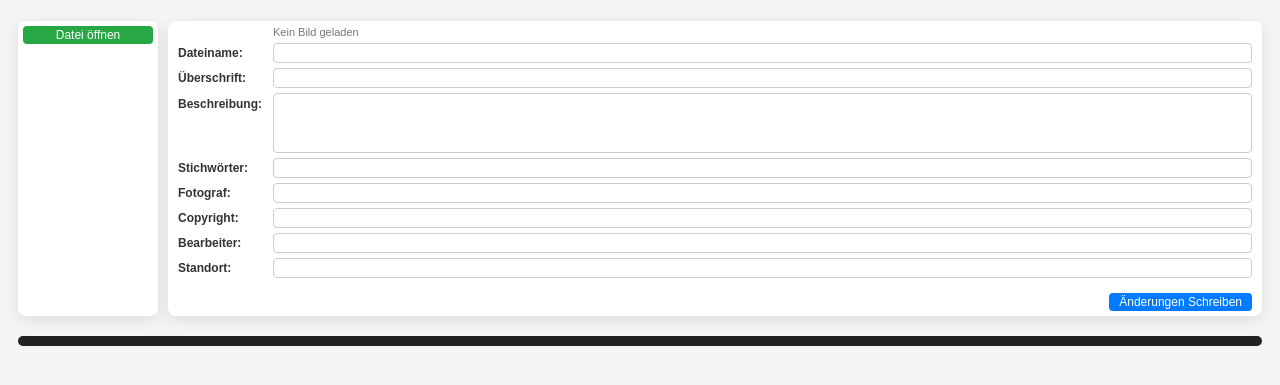
Repository: h-fahle/metadata
Page: ui/index.html
These files come from the project's save history. The page is drawn as it stood at one moment and after the next save; the edit follows.
The browser window is 1280 px wide. The pictures show the whole page.

Above is the page before, as saved 2026-08-17 12:12:12.

### ui/index.html
<!DOCTYPE html>
<html lang="de">

<head>
	<meta charset="UTF-8">
	<title>Tauri ExifTool Test</title>
	<link rel="stylesheet" href="style.css">
</head>

<body>

	<div class="main-container">

		<!-- Das Vorschaubild links -->
		<div id="sidebar">
			<button id="file-open" onclick="dateiAuswählen()">Datei öffnen</button>
			<img id="vorschau-bild" src="" style="display:none;"/>
		</div>

		<!-- Das Formular rechts -->
		<form action="" method="post">

			<div id="ordner-pfad">Kein Bild geladen</div>

			<p>
				<label for="filename">Dateiname:</label>
				<input type="text" id="filename" name="filename" title="Im Einzelmodus: Änderung des Dateinamens bewirkt Umbenennung der Datei.
Im Stapelmodus: Ordnername is nicht änderbar." />
			</p>
			<p>
				<label for="caption">Überschrift:</label>
				<input type="text" id="caption" name="caption" title="Auch (Dokument-)Titel, Schlagzeile, Headline" />
			</p>
			<p>
				<label for="description">Beschreibung:</label>
				<textarea id="description" name="description" style="min-height: 60px;" title="Beschreibender Text in beliebiger Länge.
(Im Stapelmodus wird der eingegebene Text an vorhandenen angehängt.)
Hinweis: Einige Programme zeigen nur 2.000 Zeichen oder auch weniger an."></textarea>
			</p>
			<p>
				<label for="keywords">Stichwörter:</label>
				<input type="text" id="keywords" name="keywords" title="Komma-separierte Liste. Groß-/Kleinschreibung beachten.
Im Stapelmodus werden die eingegebenen Stichwörter an vorhandene angehängt." />
			</p>
			<p>
				<label for="creator">Fotograf:</label>
				<input type="text" id="creator" name="creator" title="Urheber, Ersteller, Autor
(Tags: Artitst, Creator, By-line)" />
			</p>
			<p>
				<label for="copyright">Copyright:</label>
				<input type="text" id="copyright" name="copyright" title="Urheberrechtshinweis; enthält in der Regel:
Name des Fotografen, Aufnahmejahr und Nutzungsrechte;
(z.B. 'Copyright [1975] [Mustermann], Alle Rechte vorbehalten')" />
			</p>
			<p>
				<label for="editor">Bearbeiter:</label>
				<input type="text" id="editor" name="editor" title="Verfasser der Metadaten
(Tags: Caption Writer, Writer Editor)" />
			</p>
			<p>
				<label for="position">Standort:</label>
				<input type="text" id="position" name="position" title="GPS-Koordinaten in Dezimalgrad (51.49129, 8.43317).
Ermitteln der Koordinaten in der Google Maps-Karte:
  1. mit rechter Maustaste auf den Standort klicken,
  2. auf die angezeigten Koordinaten klicken,
  3. der so gespeicherte Wert kann dann mit Strg+V kopiert werden." />
			</p>

			<!-- NEU: Der Speichern-Button am Ende des Formular-Containers -->
			<div style="text-align: right; margin-top: 15px;">
				<button onclick="exifSchreiben(event)" style="background: #007BFF;">Änderungen Schreiben</button>
			</div>

		</form>
	</div> <!-- Ende des main-containers -->

	<div id="ausgabe"></div>

	<script>

		let aktuellerBildPfad = "";

		async function dateiAuswählen() {
			try {
				const ergebnis = await window.__TAURI__.core.invoke('plugin:dialog|open', {
					options: {
						title: 'Bilddatei für ExifTool auswählen',
						directory: false,
						multiple: false,
						filters: [
							{ name: 'Bilder', extensions: ['jpg', 'jpeg', 'png', 'gif', 'tif', 'tiff', 'webp', 'avif', 'heic', 'heif'] }
						]
					}
				});

				// Wenn der Nutzer nicht abgebrochen hat (ergebnis ist nicht null)
				if (ergebnis) {
					// Falls das Ergebnis ein Objekt ist (z.B. { path: "..." }), holen wir den Pfad heraus,
					// ansonsten nehmen wir den String direkt.
					const pfad = typeof ergebnis === 'object' ? ergebnis.path : ergebnis;

					aktuellerBildPfad = pfad;

					// Sofort automatisch die Metadaten einlesen!
					exifAuslesen();
				}
			} catch (fehler) {
				document.getElementById("ausgabe").innerHTML = "<span style='color: red;'>Dialog-Fehler: " + fehler + "</span>";
			}
		}

		async function exifAuslesen() {
			const pfad = aktuellerBildPfad;
			const ausgabe = document.getElementById("ausgabe");
			const vorschauImg = document.getElementById("vorschau-bild");


			ausgabe.innerText = "Rufe ExifTool auf...";

			try {
				// 1. Metadaten über Rust holen
				const jsonText = await window.__TAURI__.core.invoke('lese_bild_metdaten', { dateipfad: pfad });
				const datenObjekt = JSON.parse(jsonText)[0]; 	// Das 1. JSON-Objekt im JSON-Array in JS-Objekt umwandeln

				document.getElementById('filename').value = datenObjekt.FileName || '';
				document.getElementById('caption').value = datenObjekt.CMB_Caption || '';
				document.getElementById('description').value = datenObjekt.Description || '';
				document.getElementById('keywords').value = datenObjekt.Keywords || '';
				document.getElementById('creator').value = datenObjekt.Creator || '';
				document.getElementById('copyright').value = datenObjekt.Copyright || '';
				document.getElementById('editor').value = datenObjekt.CMB_Editor || '';
				document.getElementById('position').value = datenObjekt.GPSPosition || '';

				const vollerPfad = pfad;
				// Erkennt automatisch Linux-Schrägstriche (/) und Windows-Backslashes (\)
				const letzterSlash = Math.max(vollerPfad.lastIndexOf('/'), vollerPfad.lastIndexOf('\\'));
				let ordner = "Unbekannt";

				if (letzterSlash !== -1) {
					ordner = vollerPfad.substring(0, letzterSlash);
				}
				// Den berechneten Ordnerpfad in das neue Label schreiben
				document.getElementById('ordner-pfad').innerText = ordner;

				// Wir nehmen das erste Element der Liste (ExifTool liefert immer ein Array)
				// und stellen es schön formatiert im Browser dar
				// ausgabe.innerText = JSON.stringify(datenObjekt[0], null, 2);
				ausgabe.innerText = jsonText;

				// Wir fragen Rust nach dem besten Weg für das Bild
				const vorschauErgebnis = await window.__TAURI__.core.invoke('hole_vorschaubild', { dateipfad: pfad });

				if (vorschauErgebnis === "STANDARD") {
					// Normales JPG/PNG über das Asset-Protokoll
					const assetUrl = window.__TAURI__.core.convertFileSrc(pfad);
					vorschauImg.src = assetUrl + "?t=" + new Date().getTime();
				} else if (vorschauErgebnis.startsWith("data:[embedded picture, 23 characters]")) {
					// TIF/TIFF über den im RAM kompilierten Rust-Wandler
					vorschauImg.src = vorschauErgebnis;
				}

				vorschauImg.style.display = "block";

			} catch (fehler) {
				ausgabe.innerHTML = "<span style='color: red;'>Fehler: " + fehler + "</span>";
				vorschauImg.style.display = "none";
				infoText.innerText = "Fehler beim Laden";
			}
		}

		async function exifSchreiben(ereignis) {
			if (ereignis) ereignis.preventDefault();  // verbietet dem Browser den automatischen Seiten-Reset!

			const pfad = aktuellerBildPfad;
			const ausgabe = document.getElementById("ausgabe");

			ausgabe.innerText = "Speichere Daten über ExifTool...";

			// Wir sammeln alle aktuellen Werte aus den Eingabefeldern ein
			const daten = {
				dateipfad: pfad,
				filename: document.getElementById('filename').value,
				caption: document.getElementById('caption').value,
				description: document.getElementById('description').value,
				keywords: document.getElementById('keywords').value.split(',').map(s => s.trim()).join(', '),
				creator: document.getElementById('creator').value,
				copyright: document.getElementById('copyright').value,
				editor: document.getElementById('editor').value,
				gps: document.getElementById('position').value
			};

			try {
				// Wir schicken das gesamte Paket an die Rust-Funktion 'schreibe_bild_metdaten'
				const antwort = await window.__TAURI__.core.invoke('schreibe_bild_metdaten', daten);

				// Bei Erfolg zeigen wir die Meldung in grüner Schrift an
				ausgabe.innerHTML = "<span style='color: #00ff00;'>" + antwort + "</span>";

				// 2. Da der Pfad dank preventDefault() jetzt bombenfest im Feld stehen bleibt,
				// funktioniert das Neuladen nun augenblicklich und fehlerfrei!
				await exifAuslesen();

			} catch (fehler) {
				// Falls etwas schiefgeht (z.B. Datei schreibgeschützt), zeigen wir den Fehler an
				ausgabe.innerHTML = "<span style='color: red;'>Fehler beim Speichern: " + fehler + "</span>";
			}
		}

	</script>
</body>

</html>

### ui/style.css
body {
	font-family: sans-serif;
	font-size:12px;
	padding: 3px 10px;
	background: #f5f5f5;
}

button {
	padding: 2px 10px;
	font-size: 12px;
	cursor: pointer;
	background: #28a745;
	color: white;
	border: none;
	border-radius: 4px;
}

#ausgabe {
	margin-top: 20px;
	background: #222;
	color: #00ff00;
	padding: 5px;
	border-radius: 5px;
	font-family: monospace;
	white-space: pre-wrap;
	overflow-x: auto;
}
input#bildpfad {
	width: 350px;
}

/* Der neue Haupt-Container für die Nebeneinander-Ausrichtung */
.main-container {
	margin-top: 10px;
	display: flex;
	flex-direction: row;  /* Elemente nebeneinander */
	gap: 10px;            /* Abstand zwischen Bild und Formular */
	width: 100%;
	box-sizing: border-box;
}

/* Styling für den Bild-Bereich */
#sidebar {
	width: 140px;
	min-width: 140px;

	display: flex;
	flex-direction: column;
  	align-items: center;
  	justify-content: flex-start;

	padding-top: 5px;
	background-color: #ffffff;
	border-radius: 8px;
	box-shadow: 0 4px 15px rgba(0, 0, 0, 0.1);
}
#file-open {
	 width: 130px;
	 margin-bottom: 10px;
}
#vorschau-bild {
	width: 130px;
	height: auto;
	border: 1px outset gray;
}

/* Container des Formulars */
form {
	flex-grow: 1;
	margin: 0;
	padding: 5px 10px;
	background-color: #ffffff;
	border-radius: 8px;
	box-shadow: 0 4px 15px rgba(0, 0, 0, 0.1);
	font-family: Arial, sans-serif;
}

form p {
	display: flex;
	align-items: center;
	margin: 6px 0;       /* Geringer Zeilenabstand */
	width: 100%;
	margin-top: 5px;    /* Kleiner Abstand nach oben */
	margin-bottom: 5px; /* Kleiner Abstand nach unten */
}

label[for="description"] {
    align-self: flex-start;  /* DIESE ZEILE IST DIE RETTUNG: Richtet NUR dieses Label oben aus! */
    margin-top: 4px;         /* Feinjustierung, damit es perfekt auf der Linie der ersten Textzeile liegt */
}


/* Feste Breite für die Labels + Linksbündig */
label {
	display: inline-block;
	width: 95px;
	text-align: left;
	font-weight: bold;
	color: #333333;
	flex-shrink: 0; /* Verhindert, dass der Text zusammengedrückt wird */
}

#ordner-pfad {
	margin-left: 95px;
	margin-bottom: 2px;
	color: #777777;
	font-size: 11px;
	font-family: Arial, sans-serif;
}

/* Eingabefelder füllen den restlichen Platz der Zeile aus */
input[type="text"],
textarea {
	flex-grow: 1; /* Alle Felder starten exakt an der gleichen Linie */
	width: 100%;
	min-width: 0;
	padding: 2px;
	border: 1px solid #cccccc;
	border-radius: 4px;
	box-sizing: border-box;
	font-size: 12px;
}
textarea {
    /* DIESE BEIDEN ZEILEN LÖSEN DAS LINUX-PROBLEM ENDGÜLTIG: */
    field-sizing: content;   /* Die Box wächst automatisch zeilenweise mit! */
    overflow: hidden;        /* Schaltet Scrollbalken und damit den Bug komplett ab */
    resize: none;            /* Der Nutzer muss nicht mehr manuell ziehen */
}

/* Aktives Feld bei Klick */
input:focus,
textarea:focus {
	border-color: #007BFF;
	outline: none;
	box-shadow: 0 0 5px rgba(0, 123, 255, 0.5);
}

/* Der Absendeknopf richtet sich nach den Eingabefeldern aus */
.button-group {
	display: flex;
	justify-content: flex-end;
}

button[type="submit"] {
	width: 200px;
	padding: 12px;
	background-color: #007BFF;
	color: white;
	border: none;
	border-radius: 4px;
	font-size: 16px;
	cursor: pointer;
	transition: background-color 0.3s ease;
}
button[type="submit"]:hover {
	background-color: #0056b3;
}

After the next save:
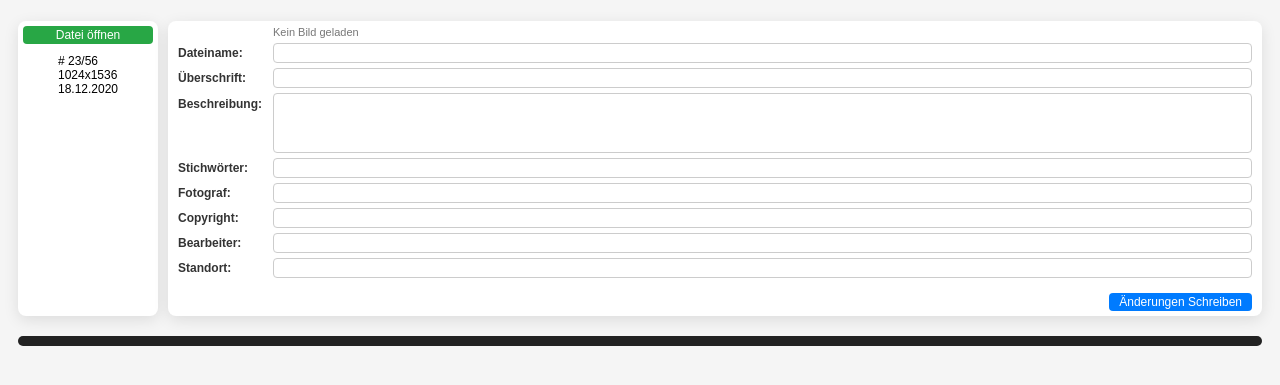
Saved 48 min 19 s later.
--- a/ui/index.html
+++ b/ui/index.html
@@ -15,6 +15,7 @@
 		<div id="sidebar">
 			<button id="file-open" onclick="dateiAuswählen()">Datei öffnen</button>
 			<img id="vorschau-bild" src="" style="display:none;"/>
+			<div id="bild-info"># 23/56<br>1024x1536<br>18.12.2020</div>
 		</div>
 
 		<!-- Das Formular rechts -->
